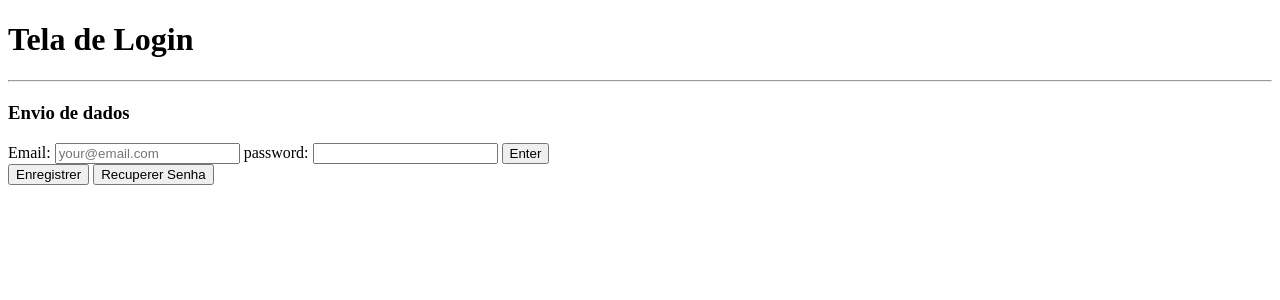
Repository: MarcioFreitasUFSC21/FrontEnd-part-1
Page: index.html
These files come from the project's save history. The page is drawn as it stood at one moment and after a run of saves; the edit follows.
The browser window is 1280 px wide. The pictures show the whole page.

Above is the page before, as saved 2023-04-22 19:41:37.

### index.html
<!DOCTYPE html>
<html lang="pt-br>
<head>
    <meta charset="UTF-8">
    <meta http-equiv="X-UA-Compatible" content="IE=edge">
    <meta name="viewport" content="width=device-width, initial-scale=1.0">
    <title>Controle Gastos</title>
</head>
<body>
    <h1> Tela de Login </h1>
    <hr>
    <form>
        <div>
            <h2>
                <h3> Envio de dados</h3>
                    <div>
                            <label type = "email"> Email: </label> <input type = "email" placeholder="your@email.com" ></input>
                           <label type = "password"> password: </label> <input type = "password"> </input>
                            <button type = "button" action = "save" onclick="alert('exemple')"> Enter</button>
                    </div>


                <div>
                    <button type = "button">Enregistrer</button>
                    <button type = "button">Recuperer Senha</button>
                </div>



            </h2>
        </div>
    </form>
</body>
</html>

After the next 2 saves:
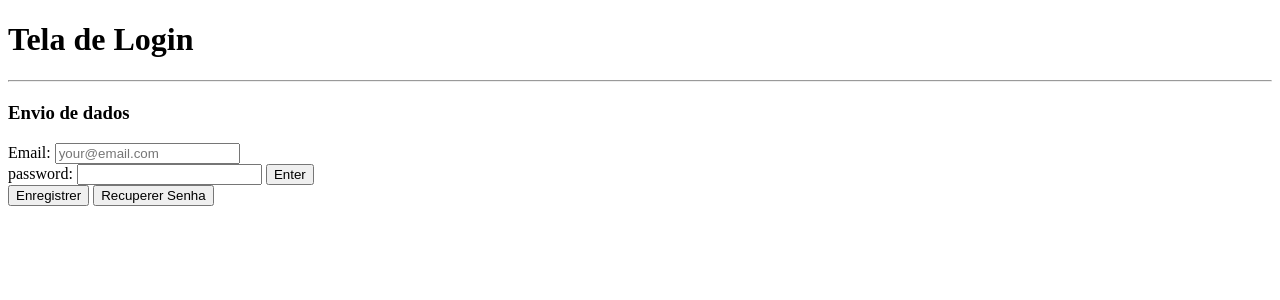
The 2 saves are shown as one change because they came seconds apart.
The last was saved 89 s later.
--- a/index.html
+++ b/index.html
@@ -15,6 +15,7 @@
                 <h3> Envio de dados</h3>
                     <div>
                             <label type = "email"> Email: </label> <input type = "email" placeholder="your@email.com" ></input>
+                            <div></div>
                            <label type = "password"> password: </label> <input type = "password"> </input>
                             <button type = "button" action = "save" onclick="alert('exemple')"> Enter</button>
                     </div>
